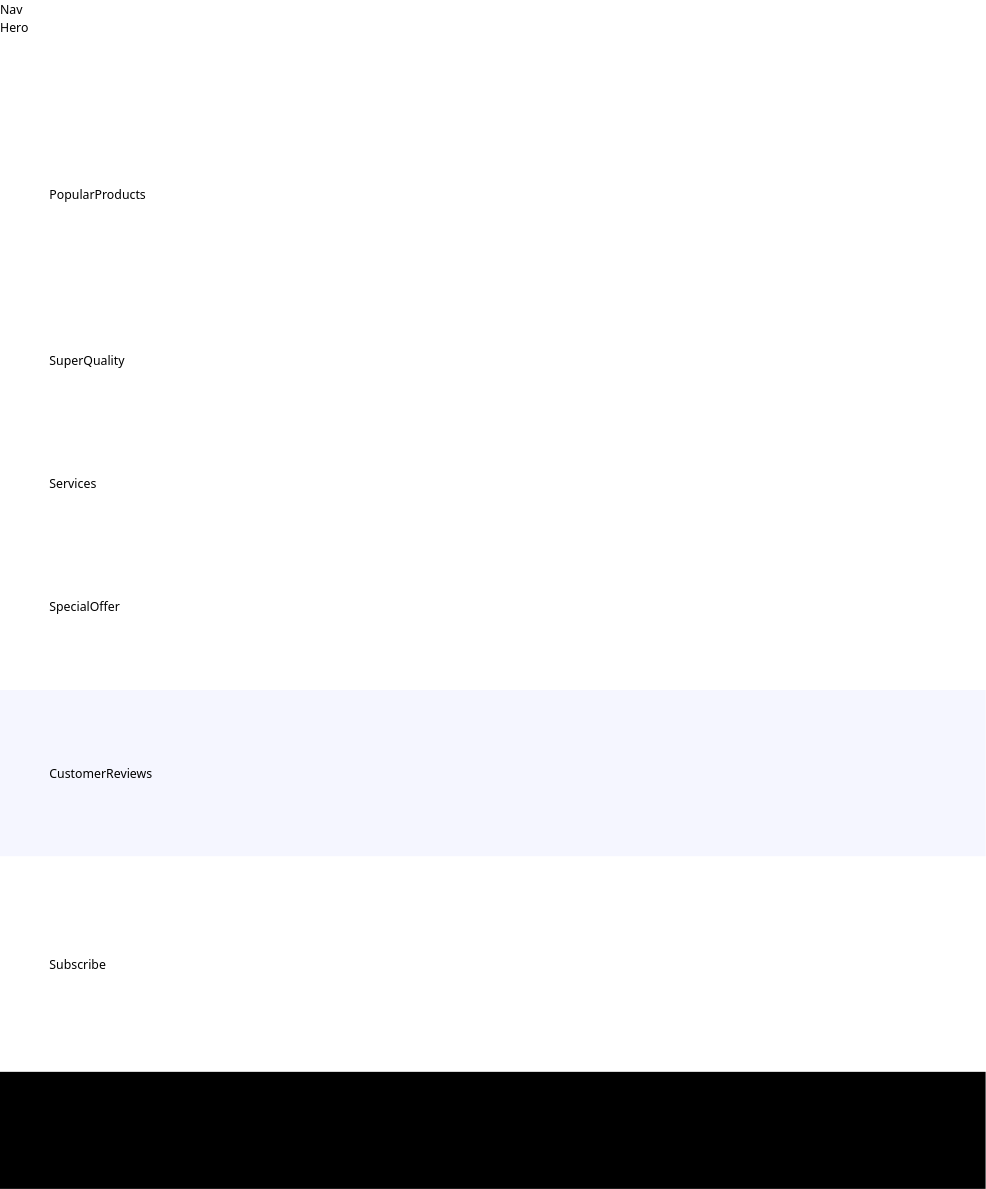
Repository: tynoschuck/nike-landpage
Page: /
The author's editor kept a copy of each file at every save. The page is drawn from the files as they stood at one save, then again after the next save.
The browser window is 1280 px wide. The pictures show the whole page, at 77% of full size.
Some web fonts or font styles are not loaded; a fallback is used. The project was rebuilt for these pictures with package versions that can differ from the ones it lists, and the page was loaded fresh each time. Also part of the build but not shown: vite.config.js.

Above is the page before, as saved 2023-11-30 09:56:43.

After the next save:
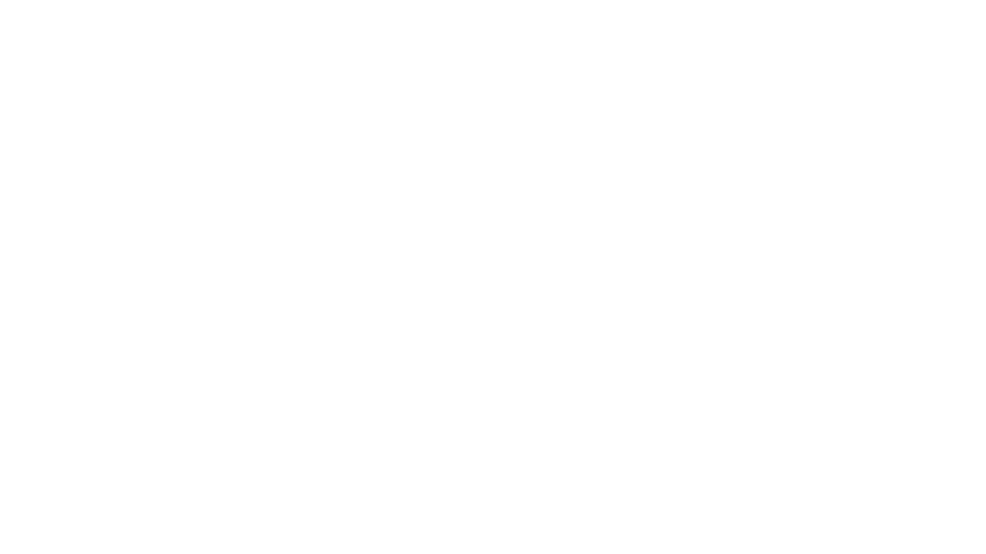
Console error: ReferenceError: Nav is not defined
Saved 104 s later.
--- a/src/App.jsx
+++ b/src/App.jsx
@@ -2,30 +2,30 @@
 
 const App = () => (
   <main className="relative">
-    Nav
+    <Nav />
     <section className="xl:padding-1 wide:padding-r padding-b">
-      Hero
+      <Hero />
     </section>
     <section className="padding">
-      PopularProducts
+      <PopularProducts />
     </section>
     <section className="padding">
-      SuperQuality
+      <SuperQuality />
     </section>
     <section className="padding-x py-10">
-      Services
+      <Services />
     </section>
     <section className="padding">
-      SpecialOffer
+      <SpecialOffer />
     </section>
     <section className="padding bg-pale-blue">
-      CustomerReviews
+      <CustomerReviews />
     </section>
     <section className="padding-x sm:py-32 py-16 w-full">
-      Subscribe
+      <Subscribe />
     </section>
     <section className="padding-x padding-t pb-8 bg-black">
-      Footer
+      <Footer />
     </section>
   </main>
 );

After the save that followed:
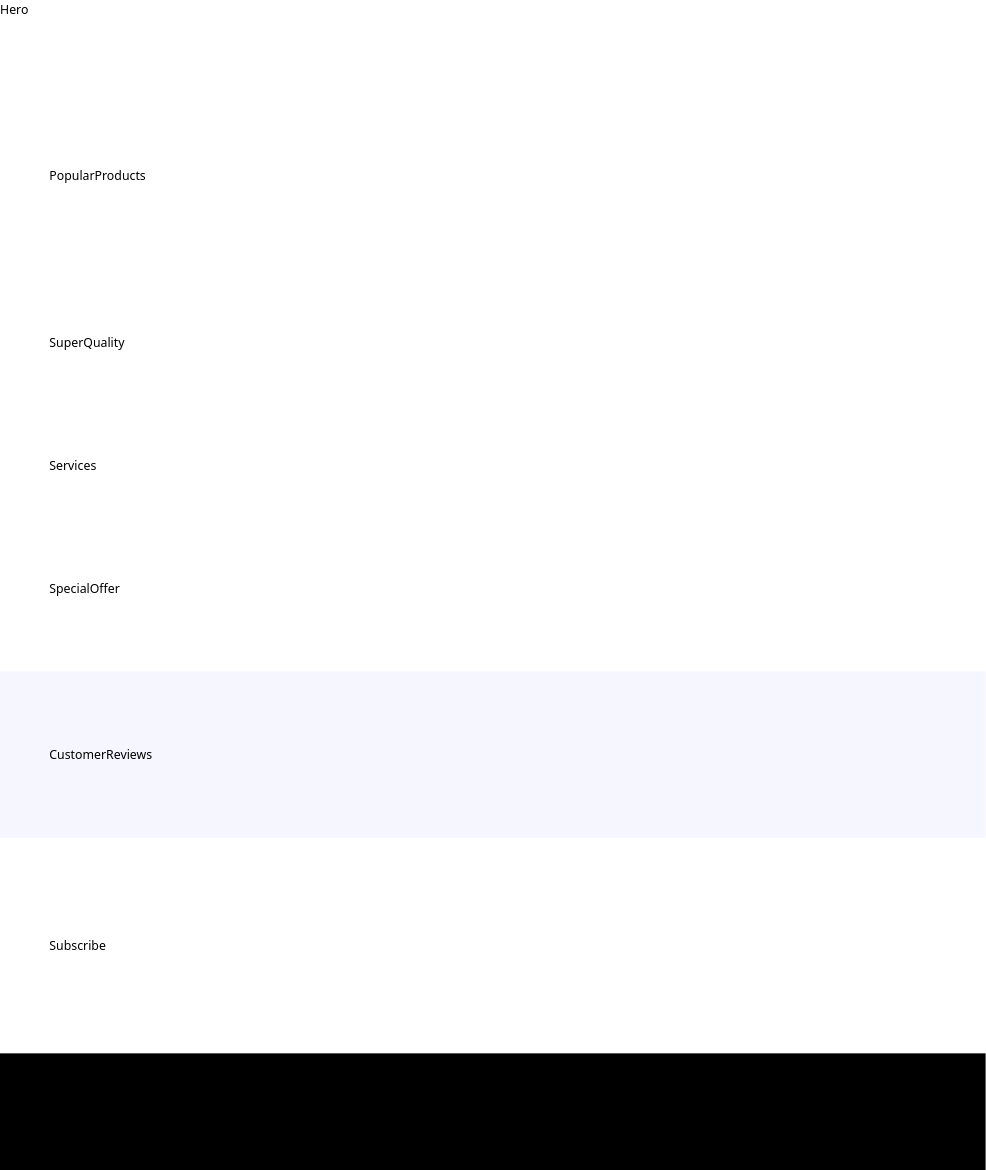
The error is gone.
Saved 17 s later.
--- a/src/App.jsx
+++ b/src/App.jsx
@@ -2,7 +2,7 @@
 
 const App = () => (
   <main className="relative">
-    <Nav />
+    {/* <Nav /> */}
     <section className="xl:padding-1 wide:padding-r padding-b">
       <Hero />
     </section>
